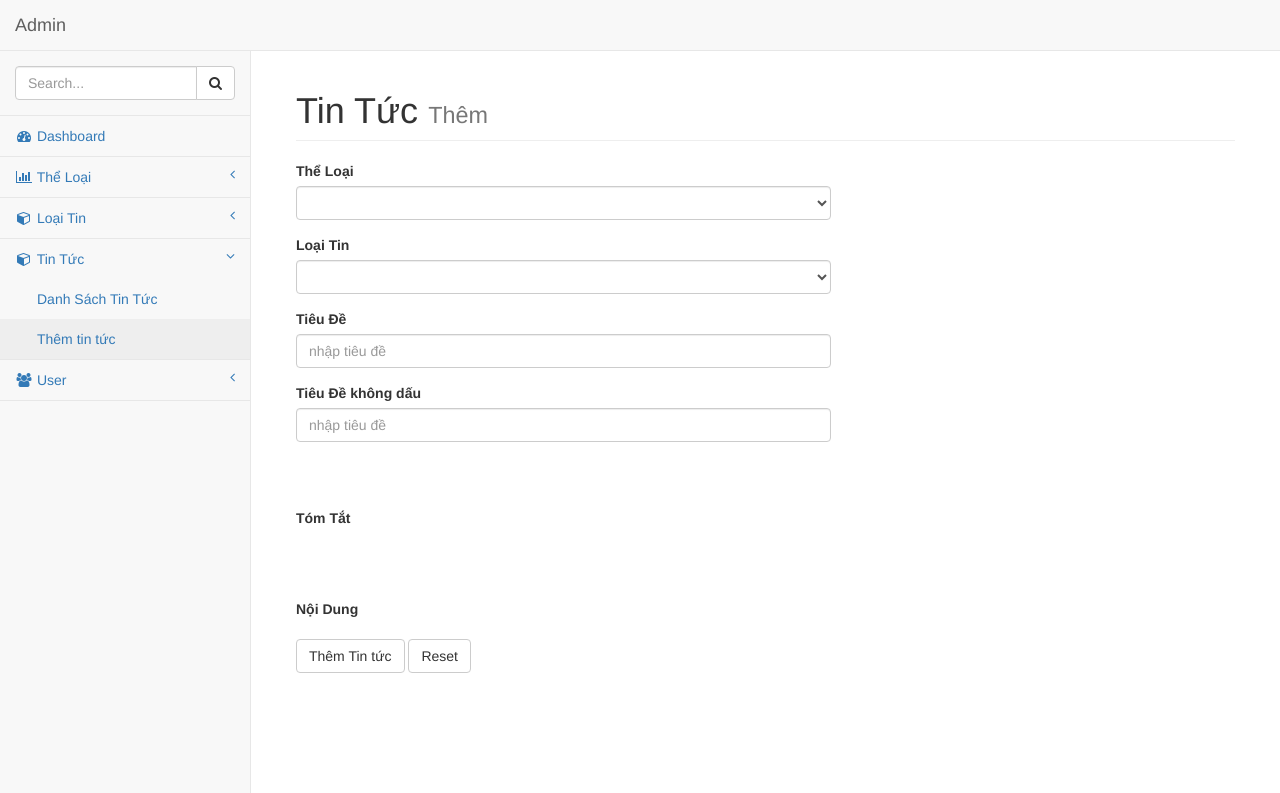
Repository: xuanthanh1998/Laravel
Page: http://localhost/admin/tintuc/them
An editor plug-in stored every save of this project. The page is shown before and after the next save, followed by the edit.
The browser window is 1280 px wide. The pictures show the whole page.
The page is served by the project's Laravel application, run on PHP 8.4 with Laravel 9. Queries for data that is not in the repository find no rows.

Above is the page before, as saved 2022-05-18 10:35:33.

After the next save:
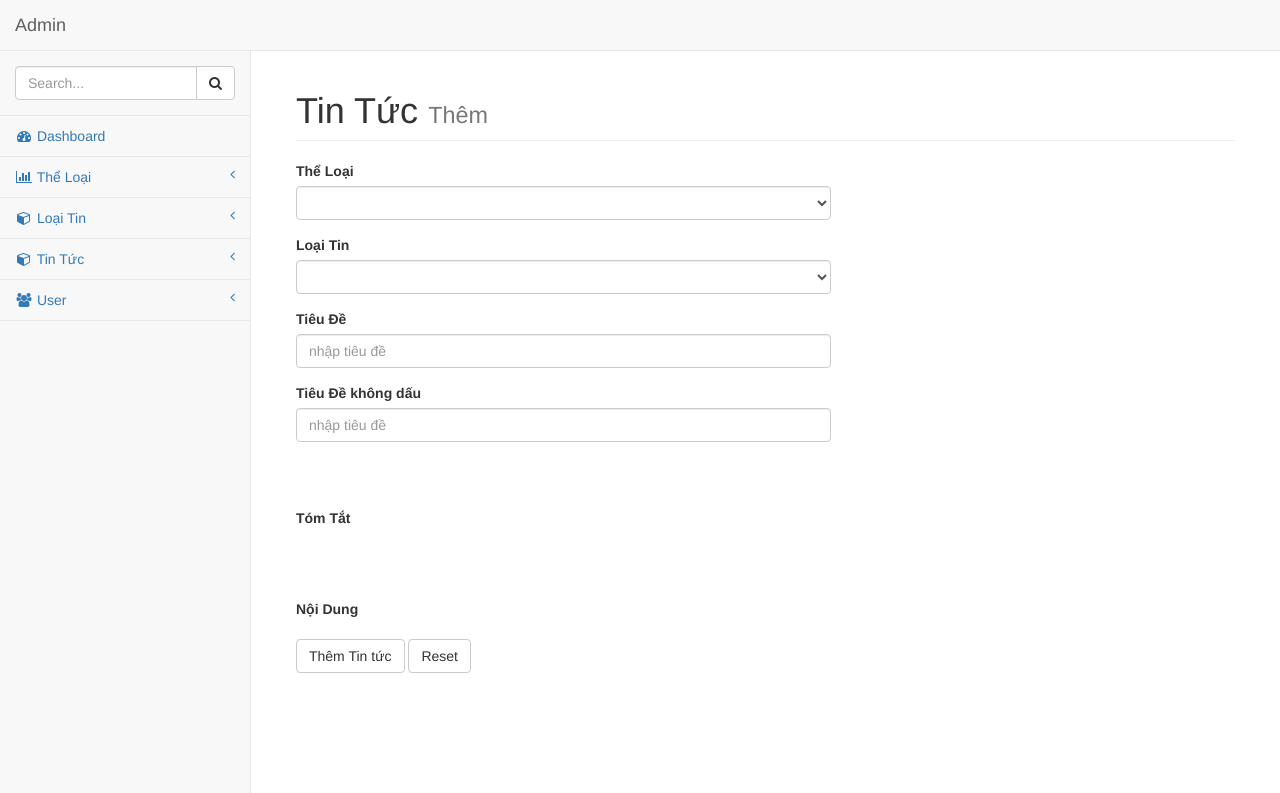
Saved 22 h 11 min later.
--- a/resources/views/admin/layout/index.blade.php
+++ b/resources/views/admin/layout/index.blade.php
@@ -7,7 +7,7 @@
     <meta name="description" content="Khóa Học Lập Trình Laravel Framework 5.x Tại Khoa Phạm">
     <meta name="author" content="">
     <title>Admin</title>
-    <base href="{{asset('')}}">
+    <base href="http://127.0.0.1:8000/">
 
     <!-- Bootstrap Core CSS -->
     <link href="admin_asset/bower_components/bootstrap/dist/css/bootstrap.min.css" rel="stylesheet">
